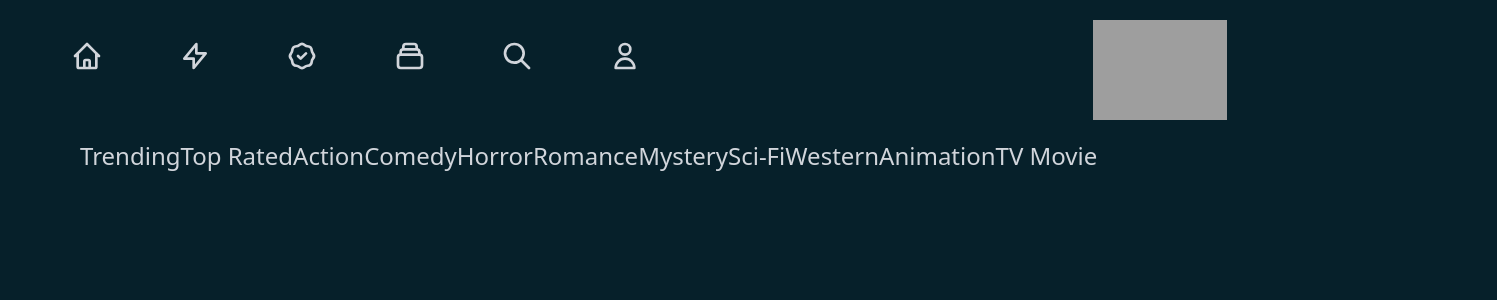
Repository: judahsullivan/hulu-next-clone
Page: /
These files come from the project's save history. The page is drawn as it stood at one moment and after a run of saves; the edit follows.
The browser window is 1280 px wide. The page is 1280 px wide, then 1497 px, so the pictures cover 1497 px, including what lies to the right of the window. The pictures show the whole page.
Pictures or frames that could not be fetched are drawn as grey boxes. The project was rebuilt for these pictures with package versions that can differ from the ones it lists, and the page was loaded fresh each time. The framework's server and built-in components were replaced by stand-ins that run in the browser. Also part of the build but not shown: next.config.js.

Above is the page before, as saved 2022-10-05 12:13:39.

After the next 3 saves:
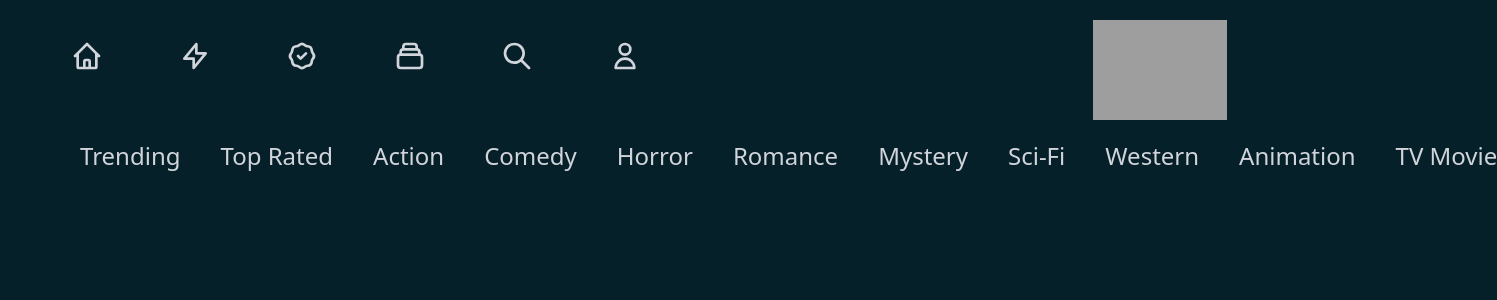
The 3 saves are shown as one change because they came seconds apart.
The last was saved 31 s later.
--- a/components/Nav.js
+++ b/components/Nav.js
@@ -3,7 +3,7 @@ import request from "../utils/request"
 function Nav() {
   return (
     <nav>
-        <div className="flex px-18 sm:px-20 text-2xl whitespace-nowrap">
+        <div className="flex px-18 sm:px-20 text-2xl whitespace-nowrap space-x-10 ">
             {Object.entries(request).map(([key,{
                 title, url}]) => (
                     <h2 key={key} className='cursor-pointer transition duration-100 transform hover:scale-125 hover:text-white active:text-red-500'>{title}</h2>
